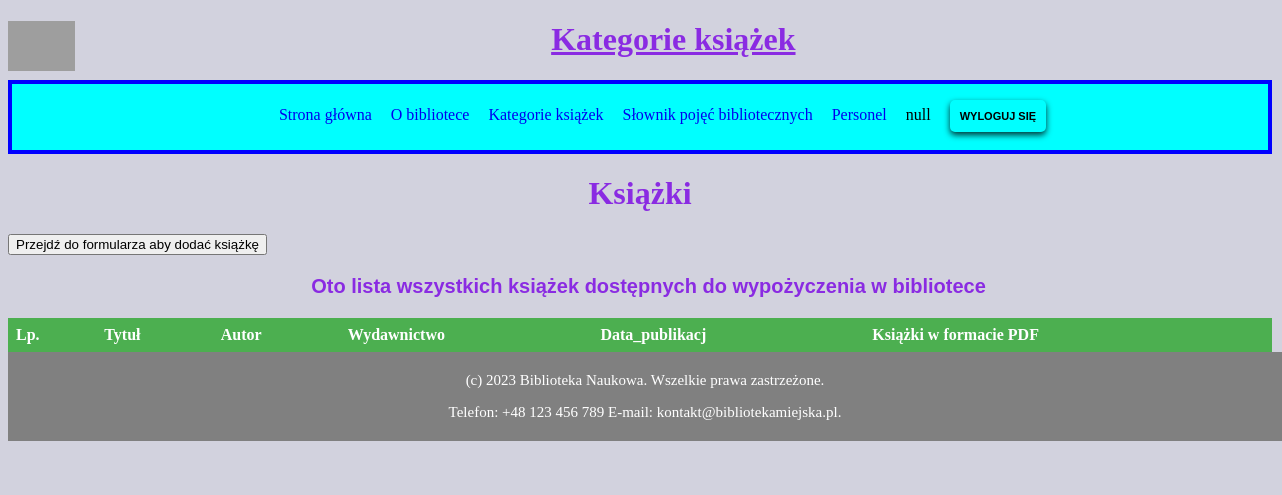
Repository: Dominik098/projekt
Page: http://localhost/biblioteka/C_Kategorie książek.jsp
These files come from the project's save history. The page is drawn as it stood at one moment and after the next save; the edit follows.
The browser window is 1280 px wide. The page is 1282 px wide, so the pictures cover 1282 px, including what lies to the right of the window. The pictures show the whole page.
Pictures or frames that could not be fetched are drawn as grey boxes. The page is served by Tomcat 9. Other server files are loaded and not shown. Queries for data that is not in the repository find no rows.

Above is the page before, as saved 2023-05-02 10:49:33.

### java projekt/biblioteka/src/main/webapp/C_Kategorie książek.jsp
<%@ page language="java" contentType="text/html; charset=UTF-8"%>


<%@ page import="java.sql.*" %>


 <!DOCTYPE html>
<html lang="en">

<head>
    <meta charset="UTF-8">
    <meta http-equiv="X-UA-Compatible" content="IE=edge">
    <meta name="viewport" content="width=device-width, initial-scale=1.0">
    <link rel="stylesheet" href="C_kategorie.css" type="text/css">

    <link rel="icon" type="image/png" href="3.png" sizes="96x96" />
    <title>Kategorie książek </title>



</head>

<body>
    <tr>
        <td align="center"><img src="logo.jpg" name="ksiazka" align="left" weight="90px" height="50px"></td>
    </tr>
    <h1>
        <center><u>Kategorie książek</u></center>
    </h1>
    <header>
        <nav>
            <ul>
                <li class="znacznik" ><a href="A_strona-gl.jsp">Strona główna</a></li>
                <li class="znacznik" ><a href="B_O bibiotece.jsp">O bibliotece</a></li>
                <li  class="znacznik"><a href="C_Kategorie książek.jsp">Kategorie książek </a></li>
                <!--   <li><a href="D_Wypożyczenia.jsp">Wypożyczane </a></li>-->
                <li class="znacznik"><a href="E_Słownik pojęć.jsp">Słownik pojęć bibliotecznych</a></li>
                <li class="znacznik"><a href="F_personel.jsp">Personel</a></li>
               <!-- <li class="znacznik"><a href="G_login.jsp">Logowanie</a></li>
                <li class="znacznik"><a href="H_rejestracja.jsp">Rejestracja</a></li>-->

                <li ><a > <%=session.getAttribute("email-login") %> </a></li>
                <li  ><a href= "logout"><button class="wyloguj" >Wyloguj się</button></a></li>

            </ul>

        </nav>

    </header>
	    <h1>Książki </h1>

<a href=Dodaj_ksiazke.jsp><button>Przejdź do formularza aby dodać książkę </button></a>
    <h3>Oto lista wszystkich książek dostępnych do wypożyczenia w bibliotece </h3>

<table>
    <tr>
        <th>Lp.</th>
        <th>Tytuł</th>
        <th>Autor</th>
        <th>Wydawnictwo</th>
        <th>Data_publikacj</th>
        <th>Książki w formacie PDF</th>


    </tr>
    <%
        try {
            // Połączenie z bazą danych
            String url = "jdbc:mysql://localhost:3306/Biblioteka";
            String user = "root";
            String password = "P@ssw0rd";
            Connection conn = DriverManager.getConnection(url, user, password);

            // Zapytanie SQL
            String sql = "SELECT * FROM Książki";
            PreparedStatement ps = conn.prepareStatement(sql);
            ResultSet rs = ps.executeQuery();

            // Wyświetlenie wyników zapytania
            int i=0;
            while (rs.next()) { i++;
                String tytuł = rs.getString("tytuł");
                String autor = rs.getString("autor");
                String wydawnictwo = rs.getString("wydawnictwo");
                String data_publikacji = rs.getString("data_publikacji");
                String pdf_link = rs.getString("pdf");



    %>
        <tr>
            <td><%= i %></td>
            <td><%= tytuł %></td>
            <td><%= autor %></td>
            <td><%= wydawnictwo %></td>
            <td><%= data_publikacji %></td>
            <td>
    <a href="<%= request.getContextPath() + pdf_link %>" target="_blank" download><button class="pobierz">Pobierz książkę </button></a>
</td>


        </tr>
    <%
            }
            // Zamykanie połączenia z bazą danych
            rs.close();
            ps.close();
            conn.close();
        } catch (SQLException e) {
            e.printStackTrace();
        }
    %>
</table>





<script>
    // Funkcja pobierająca plik PDF
    function pobierzPDF(link) {
        window.location.href = link;
    }
</script>



    <footer>
        <p>(c) 2023 Biblioteka Naukowa. Wszelkie prawa zastrzeżone.</p>
        <p>Telefon: +48 123 456 789  E-mail: kontakt@bibliotekamiejska.pl.</p>

    </footer>



</body>

</html>

### java projekt/biblioteka/src/main/webapp/C_kategorie.css
body {
    background-color: rgb(210, 210, 222);

}

header {
    border: 4px;
    background-color: aqua;
    border: 4px solid blue;
    padding-bottom: 2px;
}



h1 {
    text-align: center;
    color: blueviolet;

}

h3 {
    text-align: center;
    margin-left: 17px;
    color: blueviolet;
    font-family: Arial;
    font-size: 20px;

}




ul li {
    display: inline;
    margin-left: 5px;
    padding: 5px;

}

ul {
    text-align: center;
}

a {
    padding-top: 5px;
    padding-bottom: 5px;
    text-decoration: none;
}






footer {
    text-align: center;
    font-size: 15px;
    color: white;
    background-color: gray;


    bottom: 0;
    margin-top: auto;
    width: 100%;
    padding: 5px;
}



table {
        background-color: #f9f9f9;
        border-collapse: collapse;
        width: 100%;
    }

    th, td {
        text-align: left;
        padding: 8px;
    }

    th {
        background-color: #4CAF50;
        color: white;
    }


    tr:hover {
  border-bottom: 2px solid red;
}


.pobierz{

  display: inline-block;
  padding: 10px 20px;
  font-size: 12px;
  font-weight: bold;
  text-align: center;
  text-transform: uppercase;
  color: #fff;
  background-color: #4CAF50;
  border: none;
  border-radius: 5px;
  box-shadow: 0 3px 6px rgba(0, 0, 0, 0.3);
  cursor: pointer;
  transition: background-color 0.3s ease;
}

.pobierz:hover {
  background-color: #0056b3;
}

.klik {
  background-color: transparent;
  border: none;
  cursor: pointer;
  background-color:  aqua;
  border: none;
  border-radius: 5px;
  box-shadow: 0 3px 6px rgba(0, 0, 0, 0.1);
  font-size: 11px;
  font-weight: bold;
  text-align: center;
}

.klik:hover {
  background-color: #0056b3;
  color: #ffffff;
}

.wyloguj{

  display: inline-block;
  padding: 10px 10px;
  font-size: 11px;
  font-weight: bold;
  text-align: center;
  text-transform: uppercase;
  color: black;
  background-color:  aqua;
  border: none;
  border-radius: 5px;
  box-shadow: 0 3px 6px rgba(0, 0, 0, 0.8);
  cursor: pointer;
  transition: background-color 0.3s ease;
}

.wyloguj:hover {
  background-color: #0056b3;
}
 .dodanie{
 display: inline-block;
  padding: 10px 10px;
  font-size: 11px;
  font-weight: bold;
  text-align: center;
  text-transform: uppercase;
  color: black;
  background-color:  rgb(210, 210, 222);
  border: none;
  border-radius: 5px;
  box-shadow: 0 3px 6px rgba(0, 0, 0, 0.6);
  cursor: pointer;
  transition: background-color 0.3s ease;

 }
 .dodanie:hover{
 background-color: #0056b3;
 }
#info{
	text-align: center;

}
 #info_przycisk {
        background-color: #4CAF50;
        color: #fff;
        border: none;
        padding: 5px 10px;
        border-radius: 4px;

        cursor: pointer;
        transition: background-color 0.3s ease;
    }

After the next save:
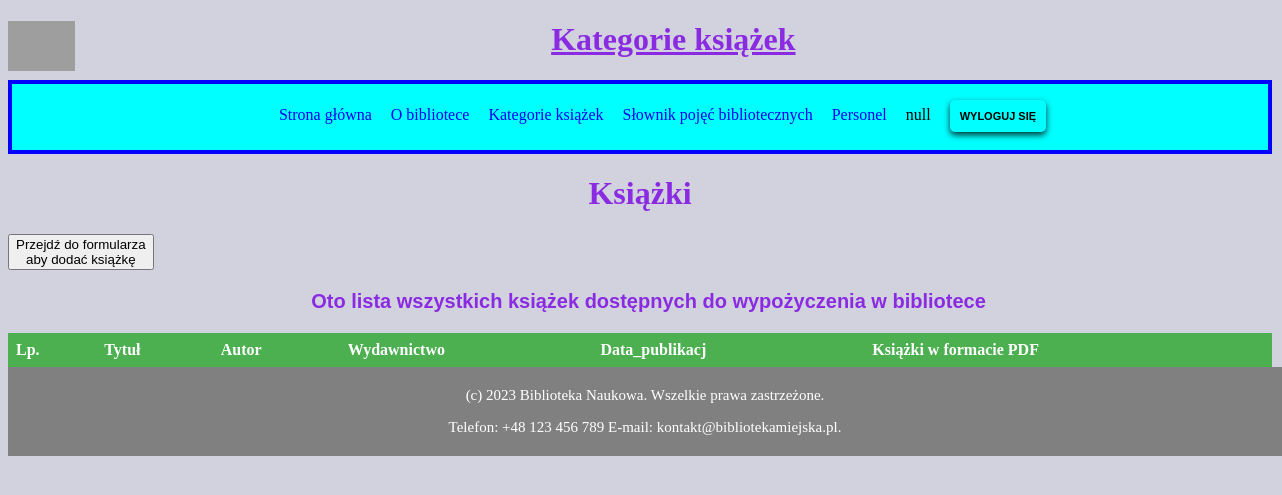
Saved 21 s later.
--- a/java projekt/biblioteka/src/main/webapp/C_Kategorie książek.jsp
+++ b/java projekt/biblioteka/src/main/webapp/C_Kategorie książek.jsp
@@ -49,7 +49,7 @@
     </header>
 	    <h1>Książki </h1>
 
-<a href=Dodaj_ksiazke.jsp><button>Przejdź do formularza aby dodać książkę </button></a>
+<a href=Dodaj_ksiazke.jsp><button>Przejdź do formularza<br> aby dodać książkę </button></a>
     <h3>Oto lista wszystkich książek dostępnych do wypożyczenia w bibliotece </h3>
 
 <table>
